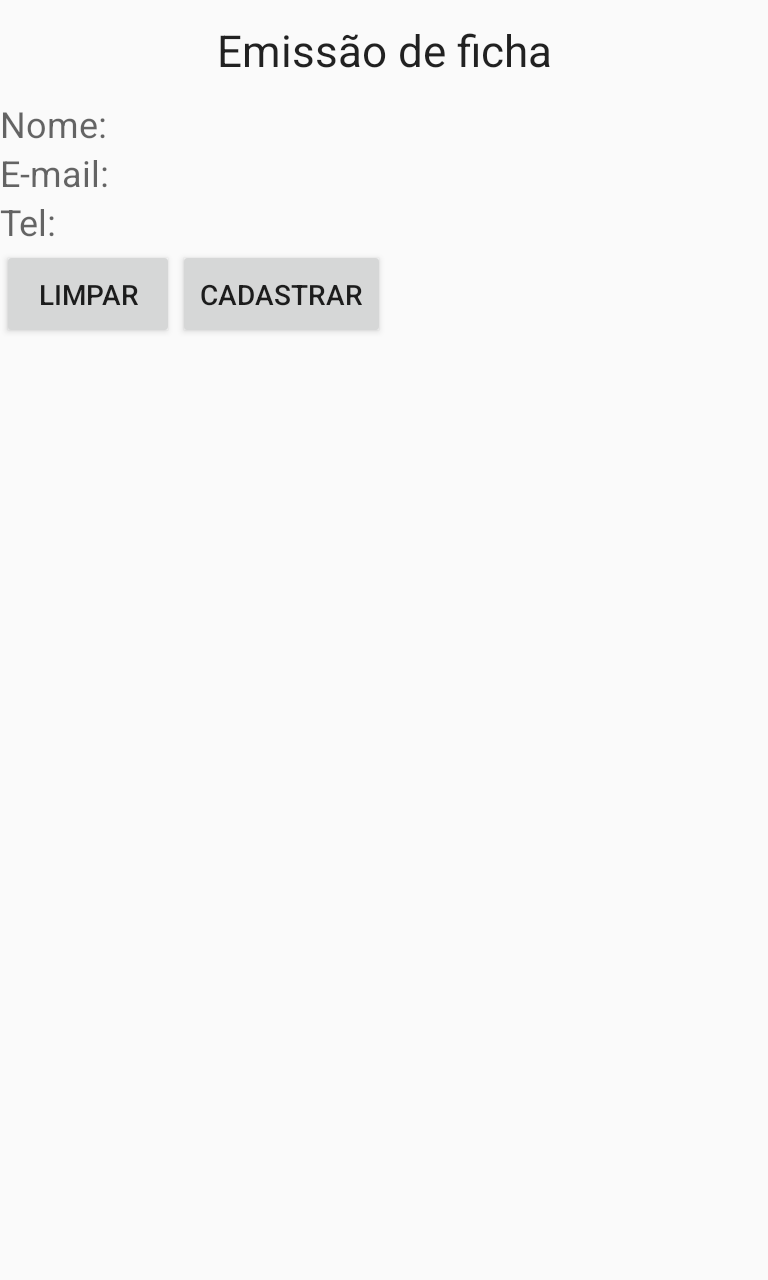
Repository: StefanoAraujo/MiniCurso.Android.Basico.Cadastro
Layout: Clientes/res/layout/activity_form.xml
An editor plug-in stored every save of this project. The layout is shown before and after the next save, followed by the edit.
It is drawn on a 768 x 1280 px phone screen (xhdpi) without system bars, with theme AppTheme; the app's code is not run.

Above is the layout before, as saved 2015-03-01 18:29:48.

### Clientes/res/layout/activity_form.xml
<LinearLayout xmlns:android="http://schemas.android.com/apk/res/android"
    xmlns:tools="http://schemas.android.com/tools"
    android:layout_width="match_parent"
    android:layout_height="match_parent"
    tools:context="com.netcoders.clientes.FormActivity"
    android:orientation="vertical" >

    <TextView
        android:id="@+id/textViewTitulo"
        android:layout_width="match_parent"
        android:layout_height="wrap_content"
        android:gravity="center"
        android:layout_margin="10dp"
        android:text="Emissão de ficha"
        android:textAppearance="?android:attr/textAppearanceLarge" />

    <TableLayout
        android:layout_width="match_parent"
        android:layout_height="wrap_content" >

        <TableRow
            android:id="@+id/tableRow1"
            android:layout_width="wrap_content"
            android:layout_height="wrap_content" >

            <TextView
                android:id="@+id/textViewNome"
                android:layout_width="wrap_content"
                android:layout_height="wrap_content"
                android:text="Nome:"
                android:textAppearance="?android:attr/textAppearanceMedium" />

        </TableRow>

        <TableRow
            android:id="@+id/tableRow2"
            android:layout_width="wrap_content"
            android:layout_height="wrap_content" >

            <TextView
                android:id="@+id/textViewEmail"
                android:layout_width="wrap_content"
                android:layout_height="wrap_content"
                android:text="E-mail:"
                android:textAppearance="?android:attr/textAppearanceMedium" />

        </TableRow>

        <TableRow
            android:id="@+id/tableRow3"
            android:layout_width="wrap_content"
            android:layout_height="wrap_content" >

            <TextView
                android:id="@+id/textViewTel"
                android:layout_width="wrap_content"
                android:layout_height="wrap_content"
                android:text="Tel:"
                android:textAppearance="?android:attr/textAppearanceMedium" />

        </TableRow>

        <TableRow
            android:id="@+id/tableRow4"
            android:layout_width="wrap_content"
            android:layout_height="wrap_content" >

            <Button
                android:id="@+id/buttonLimpar"
                android:layout_width="wrap_content"
                android:layout_height="wrap_content"
                android:text="Limpar" />

            <Button
                android:id="@+id/buttonCadastrar"
                android:layout_width="wrap_content"
                android:layout_height="wrap_content"
                android:text="Cadastrar" />

        </TableRow>
    </TableLayout>

</LinearLayout>

Loaded but not shown: Clientes/res/values/styles.xml (common file); Clientes/res/values-v11/styles.xml (common file); Clientes/res/values-v14/styles.xml (common file)

After the next save:
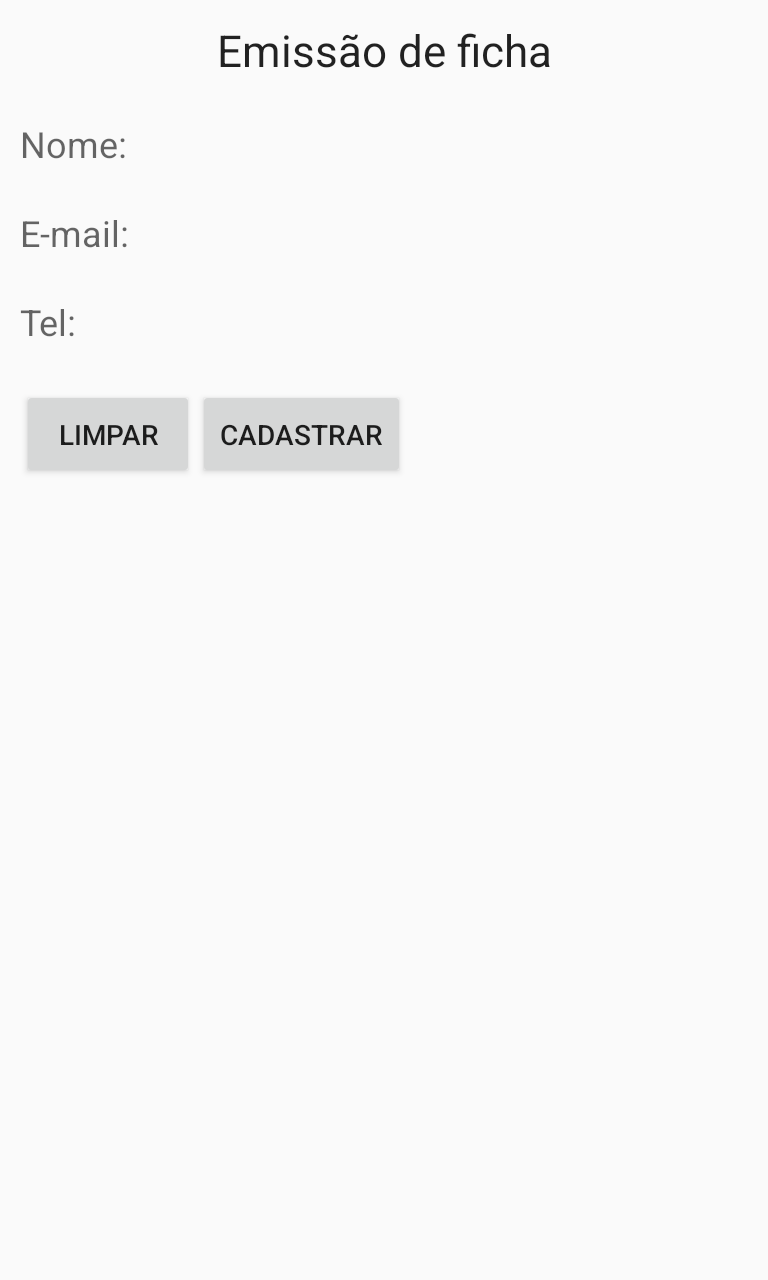
Saved 50 s later.
--- a/Clientes/res/layout/activity_form.xml
+++ b/Clientes/res/layout/activity_form.xml
@@ -21,7 +21,8 @@
         <TableRow
             android:id="@+id/tableRow1"
             android:layout_width="wrap_content"
-            android:layout_height="wrap_content" >
+            android:layout_height="wrap_content"
+            android:layout_margin="10dp" >
 
             <TextView
                 android:id="@+id/textViewNome"
@@ -35,7 +36,8 @@
         <TableRow
             android:id="@+id/tableRow2"
             android:layout_width="wrap_content"
-            android:layout_height="wrap_content" >
+            android:layout_height="wrap_content"
+            android:layout_margin="10dp" >
 
             <TextView
                 android:id="@+id/textViewEmail"
@@ -49,7 +51,8 @@
         <TableRow
             android:id="@+id/tableRow3"
             android:layout_width="wrap_content"
-            android:layout_height="wrap_content" >
+            android:layout_height="wrap_content"
+            android:layout_margin="10dp" >
 
             <TextView
                 android:id="@+id/textViewTel"
@@ -63,7 +66,8 @@
         <TableRow
             android:id="@+id/tableRow4"
             android:layout_width="wrap_content"
-            android:layout_height="wrap_content" >
+            android:layout_height="wrap_content"
+            android:layout_margin="10dp" >
 
             <Button
                 android:id="@+id/buttonLimpar"
